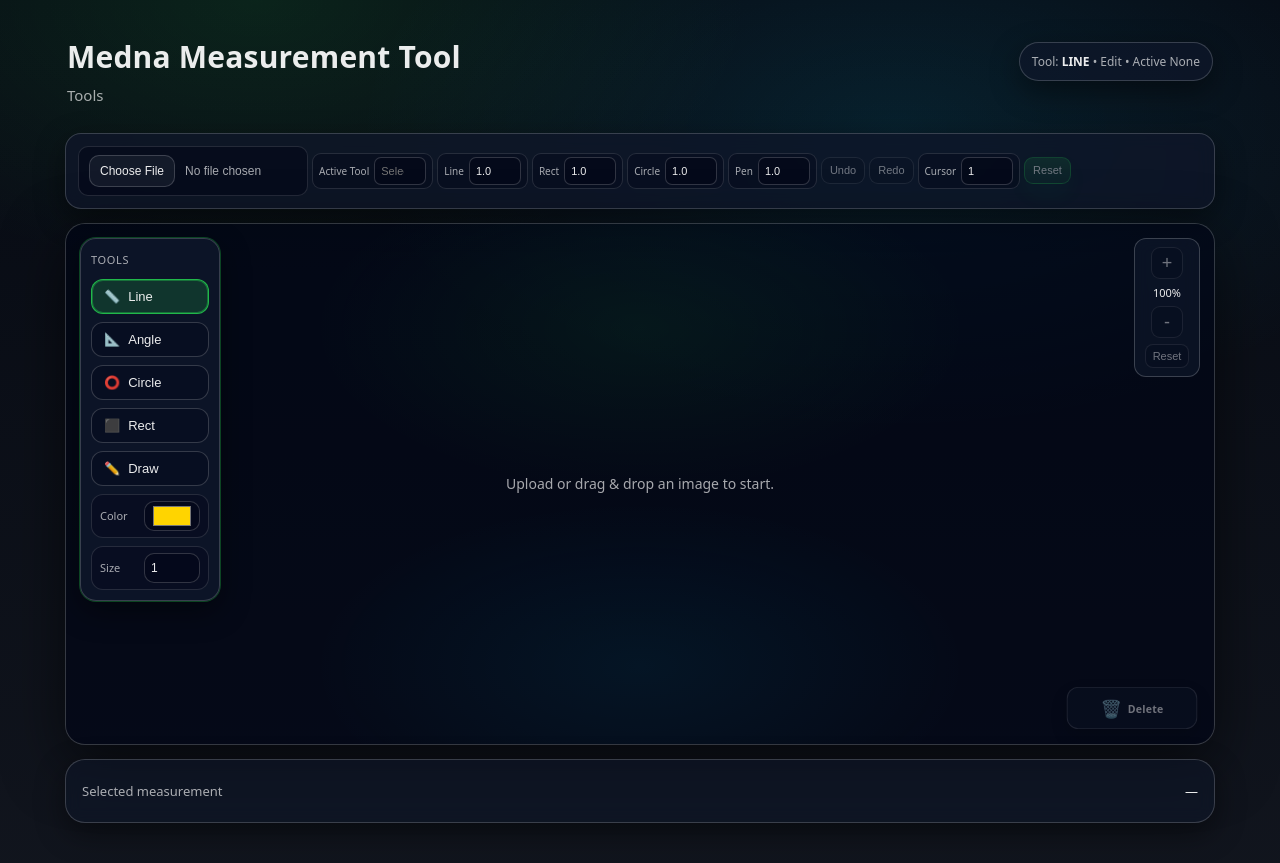
Repository: Sumaiya43/medna-tools
Page: /
These files come from the project's save history. The page is drawn as it stood at one moment and after the next save; the edit follows.
The browser window is 1280 px wide. The pictures show the whole page.
The project was rebuilt for these pictures with package versions that can differ from the ones it lists, and the page was loaded fresh each time. The framework's server and built-in components were replaced by stand-ins that run in the browser. Also part of the build but not shown: next.config.mjs.

Above is the page before, as saved 2026-02-27 01:09:38.

After the next save:
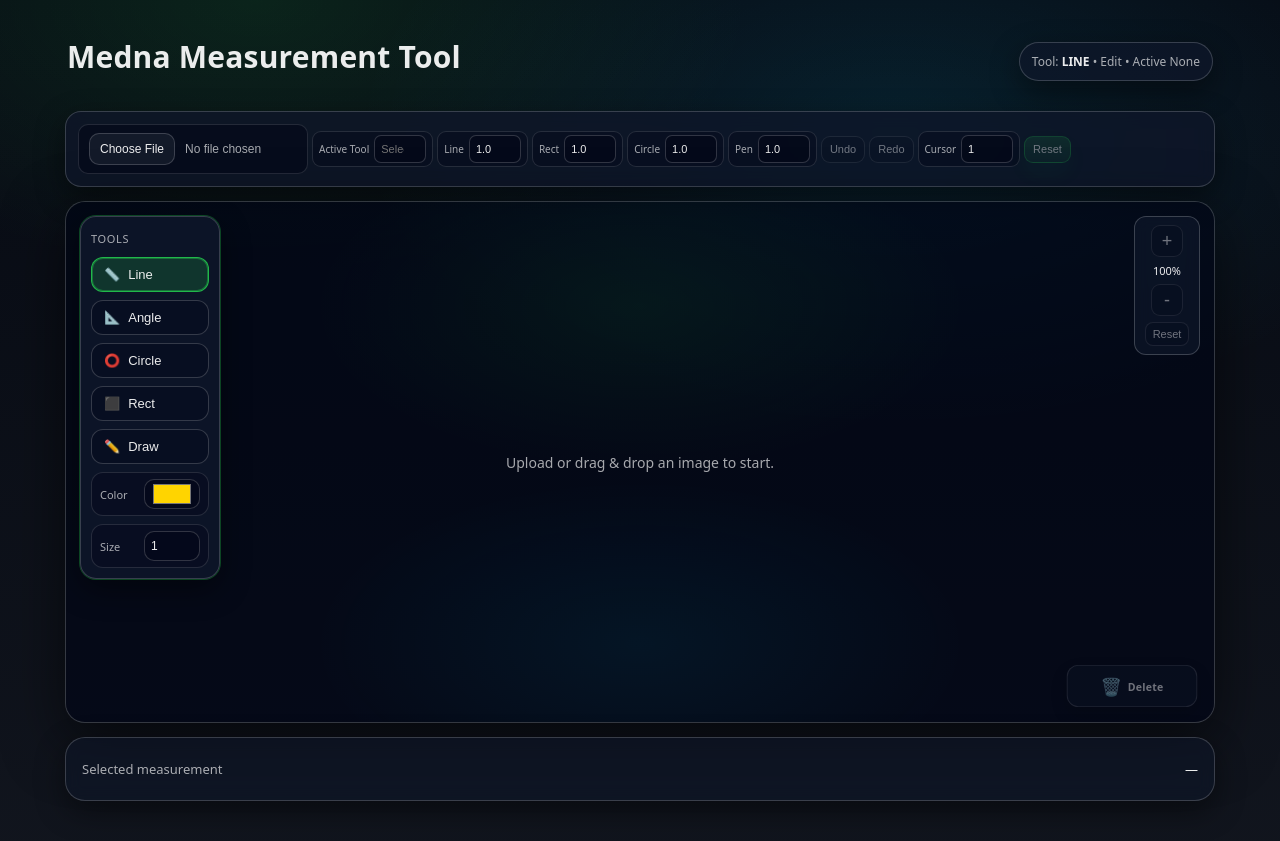
Saved 7 s later.
--- a/src/components/measurement-tool/MeasurementHeader/MeasurementHeader.jsx
+++ b/src/components/measurement-tool/MeasurementHeader/MeasurementHeader.jsx
@@ -6,7 +6,7 @@
       <div>
         <h1 className={styles.title}>Medna Measurement Tool</h1>
         <p className={styles.subtitle}>
-          Tools
+
         </p>
       </div>
 

After the 2 saves that followed:
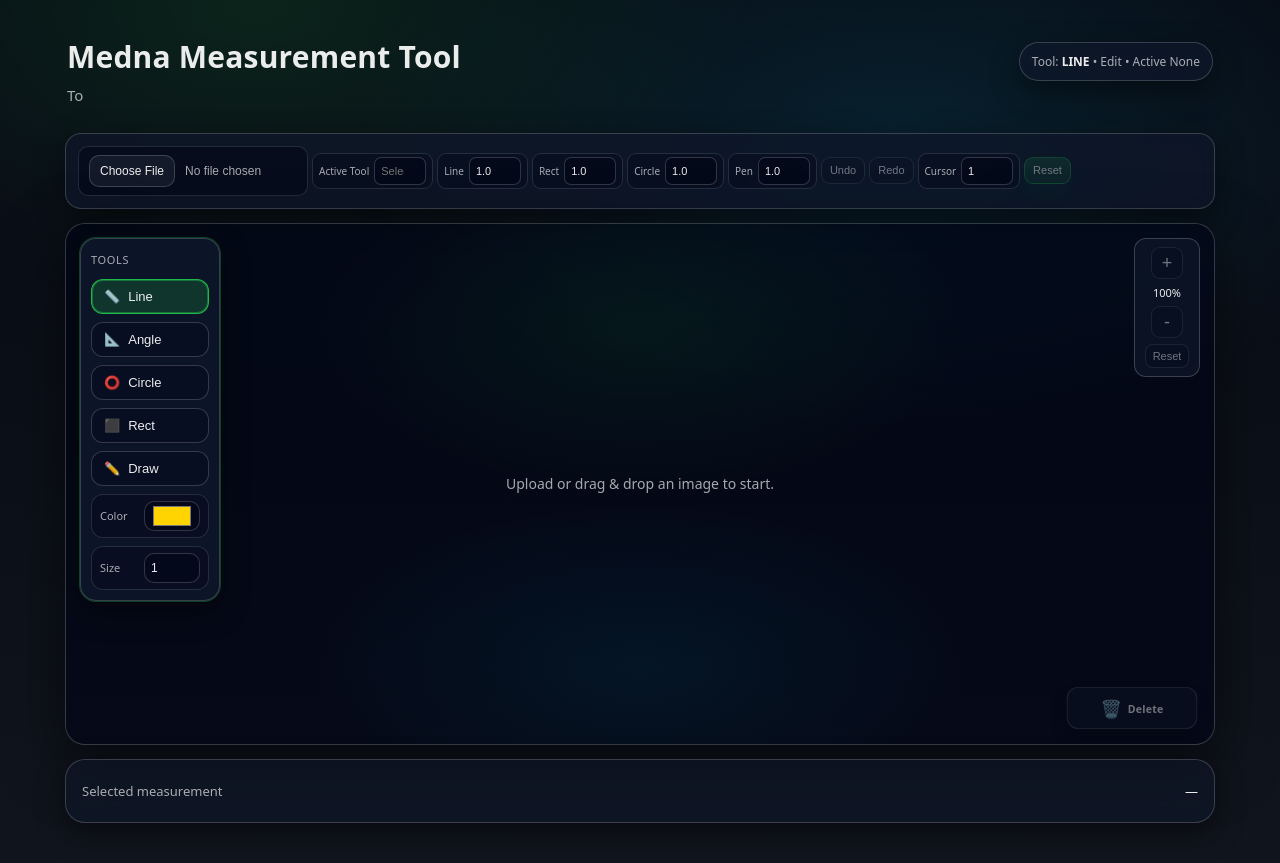
The 2 saves are shown as one change because they came seconds apart.
The last was saved 18 s later.
--- a/src/components/measurement-tool/MeasurementHeader/MeasurementHeader.jsx
+++ b/src/components/measurement-tool/MeasurementHeader/MeasurementHeader.jsx
@@ -6,7 +6,7 @@
       <div>
         <h1 className={styles.title}>Medna Measurement Tool</h1>
         <p className={styles.subtitle}>
-
+          To
         </p>
       </div>
 
